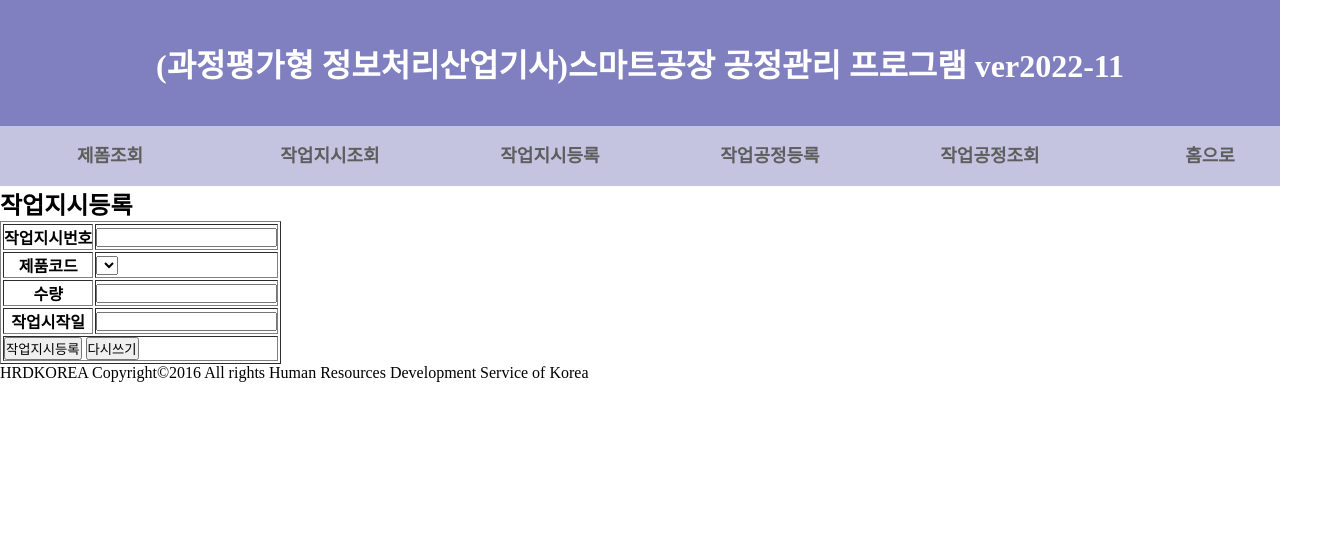
Repository: anakyn01/exam
Page: http://localhost/smart_5/sub2_1.jsp
These files come from the project's save history. The page is drawn as it stood at one moment and after the next save; the edit follows.
The browser window is 1280 px wide. The page is 1320 px wide, so the pictures cover 1320 px, including what lies to the right of the window. The pictures show the whole page.
The page is served by Tomcat 9.

Above is the page before, as saved 2025-01-06 07:30:05.

After the next save:
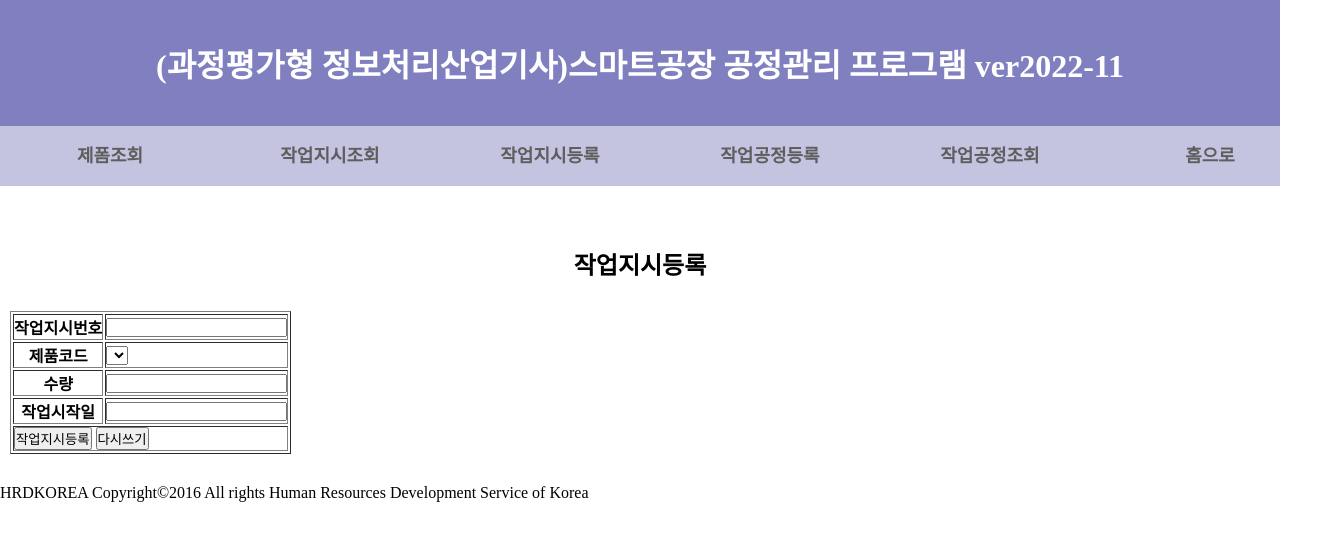
Saved 51 s later.
--- a/smart_5/src/main/webapp/css/style.css
+++ b/smart_5/src/main/webapp/css/style.css
@@ -8,3 +8,5 @@ nav ul{margin:0 auto; width:1320px; list-style:none; text-align:center;}
 nav ul li{line-height:60px; float:left; font-size:18px; font-weight:600; width:200px;
 margin:0 10px;
 }
+section{padding:30px 10px;}
+section h2{text-align:center; margin:30px 0;}
